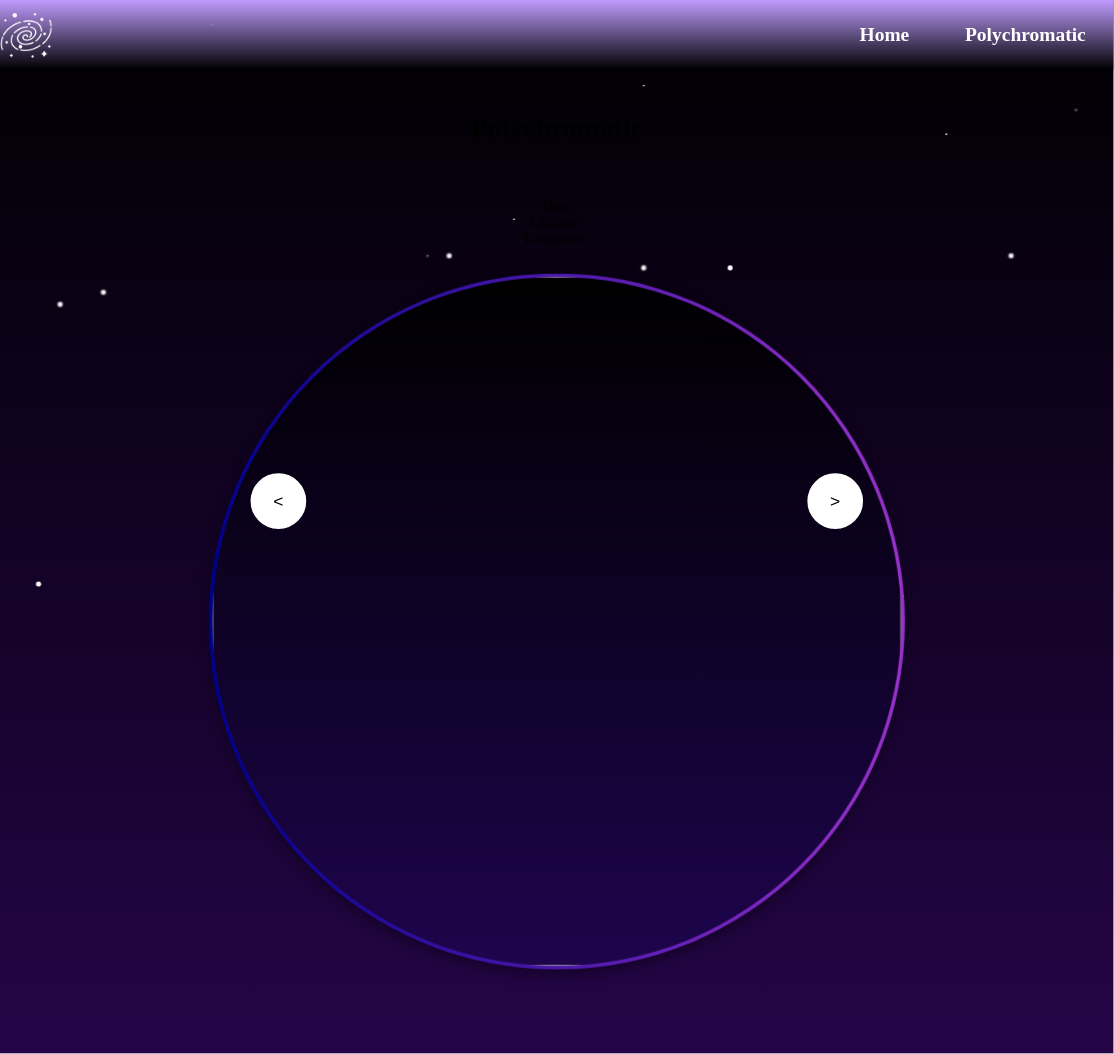
Repository: KayceeNguyen/DAI_W07_NASA
Page: /polychromatic
These files come from the project's save history. The page is drawn as it stood at one moment and after the next save; the edit follows.
The browser window is 1280 px wide. The pictures show the whole page, at 87% of full size.
The page's requests for data from a server got no answer. The project was rebuilt for these pictures with package versions that can differ from the ones it lists, and the page was loaded fresh each time. The framework's server and built-in components were replaced by stand-ins that run in the browser. No one was signed in, and anything a server would have sent is missing. Also part of the build but not shown: next.config.js.

Above is the page before, as saved 2023-02-17 01:43:05.

After the next save:
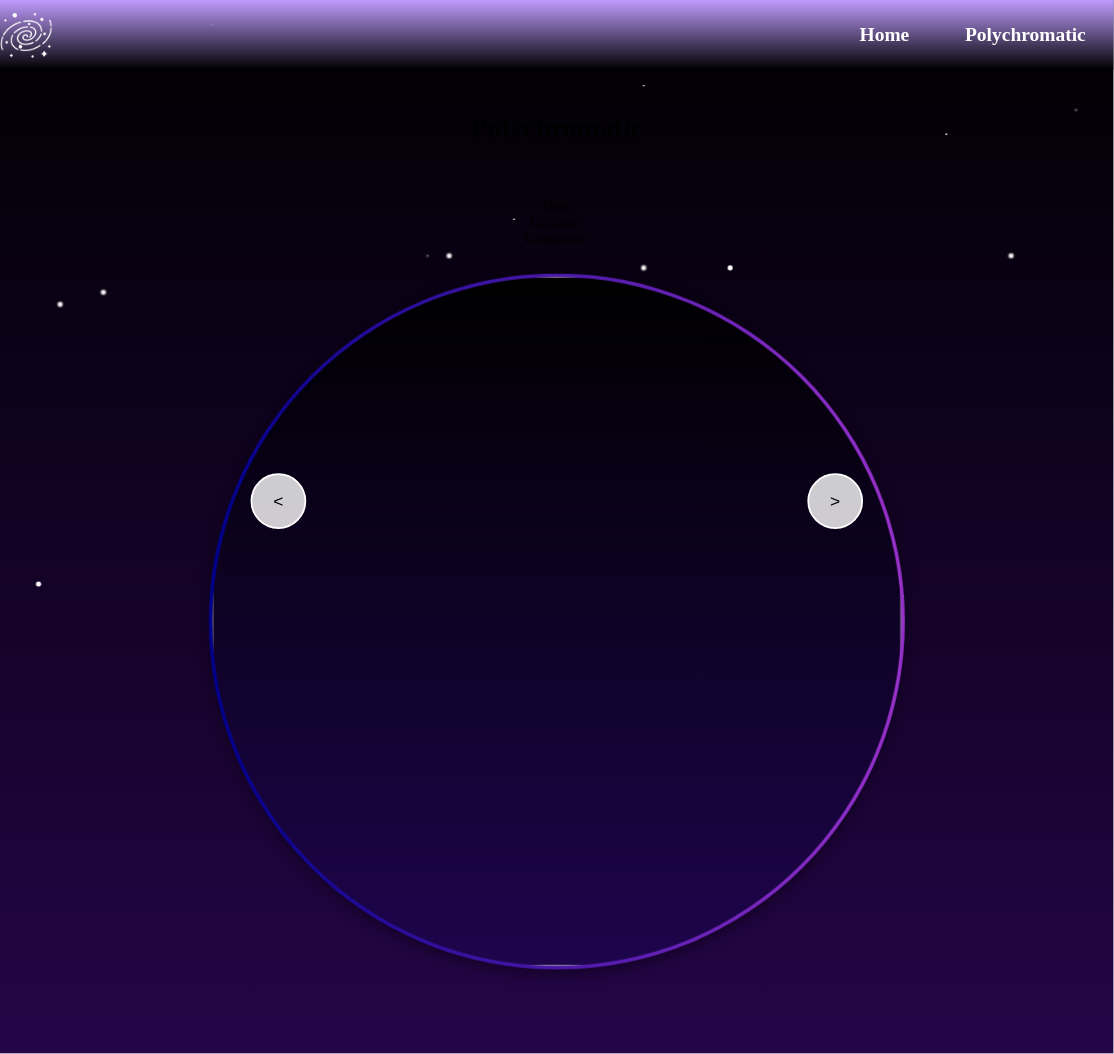
Saved 16 s later.
--- a/styles/Home.module.css
+++ b/styles/Home.module.css
@@ -592,7 +592,7 @@
   font-size: 20px;
   width: 4rem;
   height: 4rem;
-  background-color:#ffffff;
+  background-color:rgb(255, 255, 255, 0.8);
   color:#000000;
   border-radius:50%;
   margin: auto;

After the save that followed:
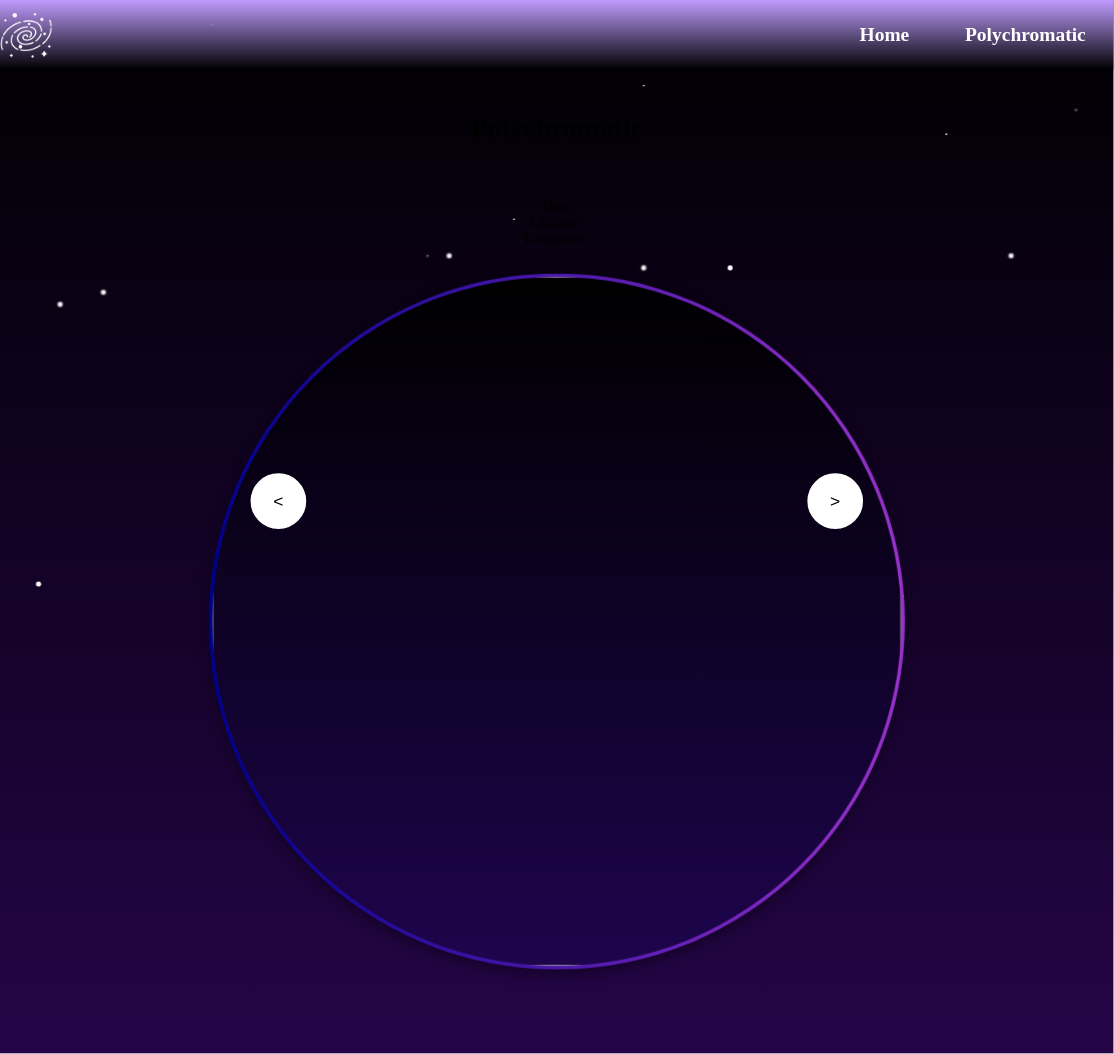
Saved 12 s later.
--- a/styles/Home.module.css
+++ b/styles/Home.module.css
@@ -592,7 +592,7 @@
   font-size: 20px;
   width: 4rem;
   height: 4rem;
-  background-color:rgb(255, 255, 255, 0.8);
+  background-color:rgb(255, 255, 255, 1);
   color:#000000;
   border-radius:50%;
   margin: auto;
